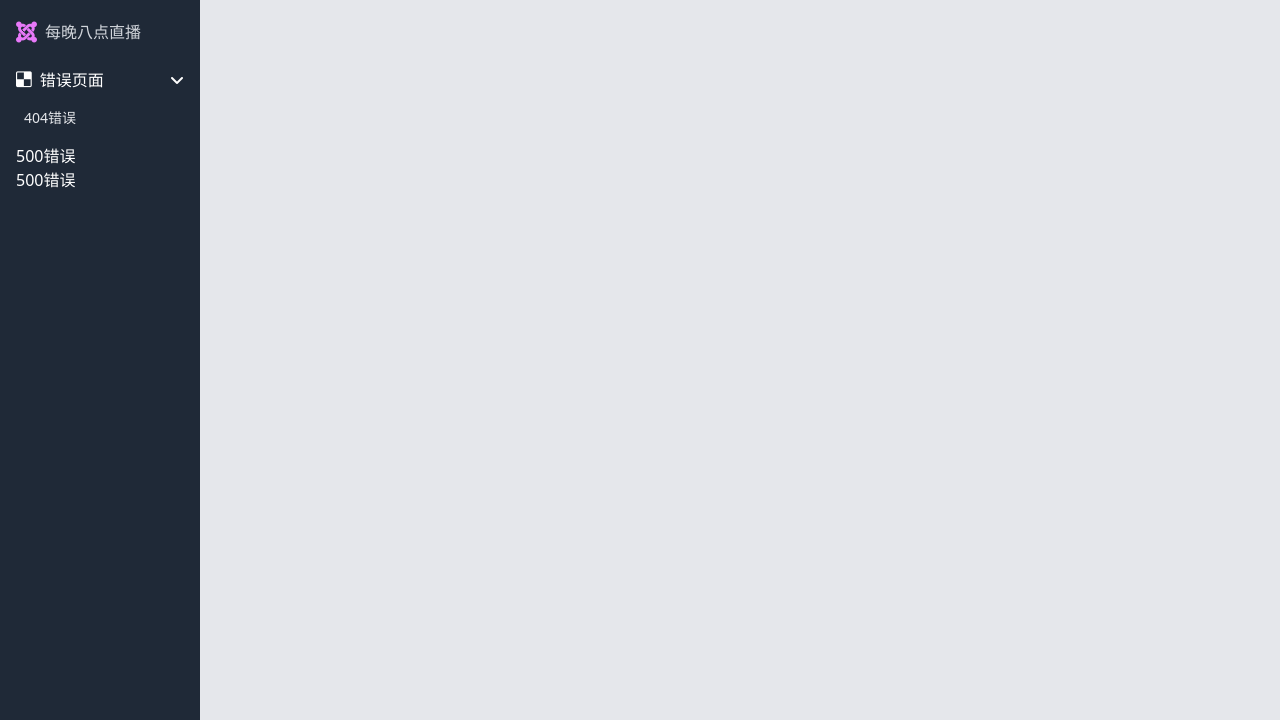
Repository: liangyingbo/vite-vue-TS
Page: /#/admin/home
These files come from the project's save history. The page is drawn as it stood at one moment and after the next save; the edit follows.
The browser window is 1280 px wide. The pictures show the whole page.
The project was rebuilt for these pictures with package versions that can differ from the ones it lists, and the page was loaded fresh each time. Also part of the build but not shown: vite.config.ts, src/components/form/HdButton.vue, src/components/form/HdInput.vue, src/components/form/hdLink.vue, src/styles/global.scss.

Above is the page before, as saved 2022-11-18 20:08:13.

After the next save:
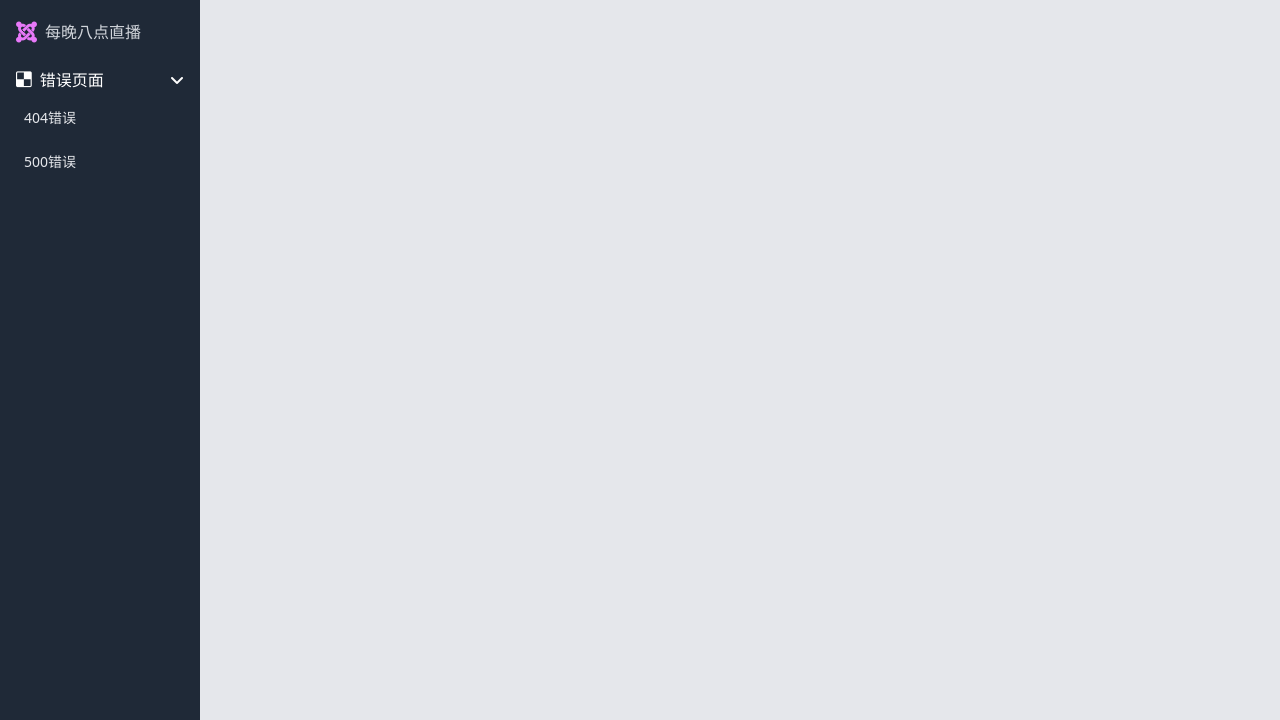
Saved 27 s later.
--- a/src/views/admin/home.vue
+++ b/src/views/admin/home.vue
@@ -18,8 +18,7 @@
 
                        </section>
                          <dd class="my-2 px-2 py-2 rounded-md text-gray-200 cursor-pointer hover:bg-violet-600 duration-300 text-sm">404错误</dd>
-                        <cl>500错误</cl>
-                        <dd class="">500错误</dd>
+                        <dd class="my-2 px-2 py-2 rounded-md text-gray-200 cursor-pointer hover:bg-violet-600 duration-300 text-sm">500错误</dd>
                     </dl>
                 </dt>
              </div>
